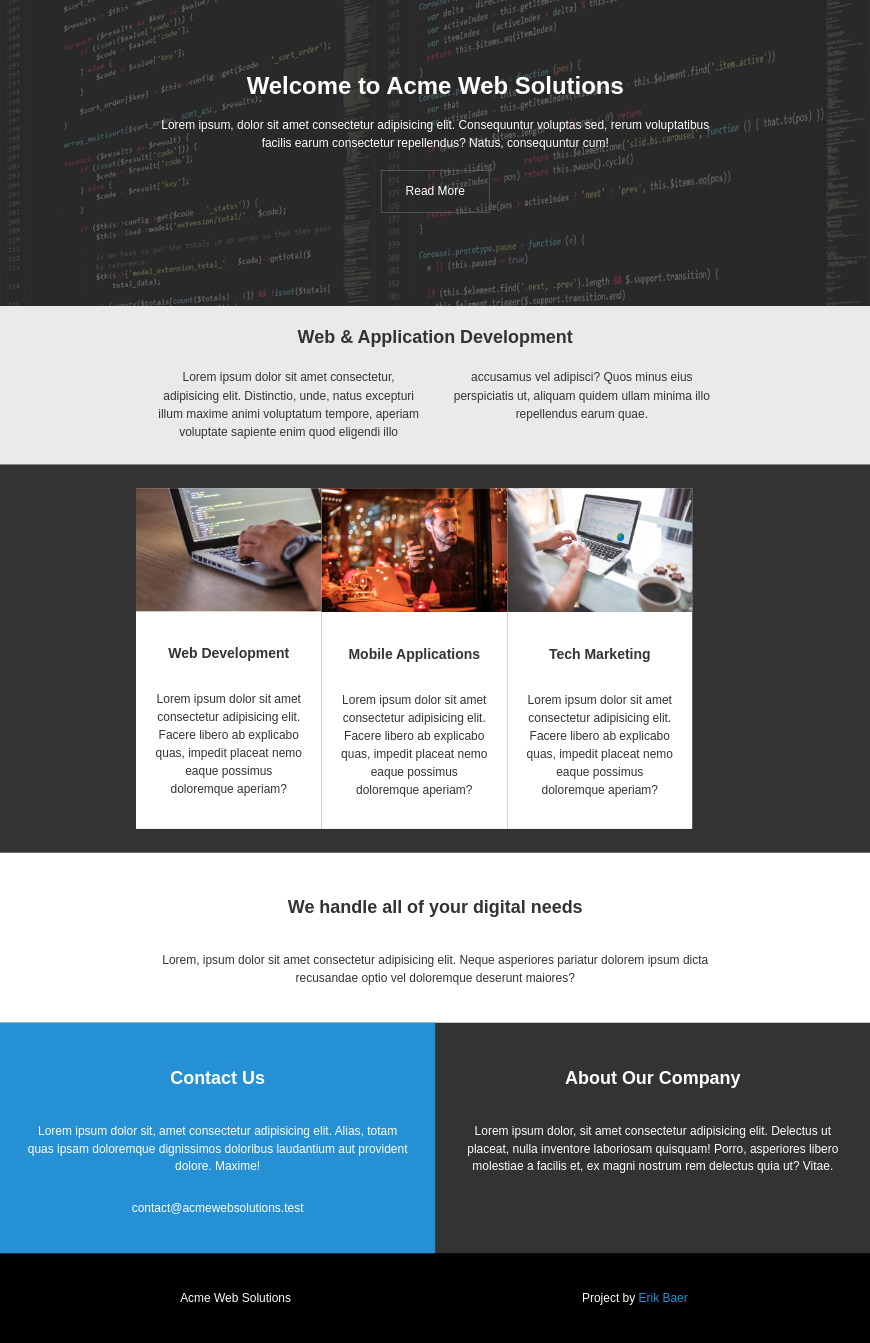
Repository: ErikBaer/MobileFirst
Page: index.html
These files come from the project's save history. The page is drawn as it stood at one moment and after the next save; the edit follows.
The browser window is 1280 px wide. The pictures show the whole page, at 68% of full size.

Above is the page before, as saved 2020-02-15 04:02:08.

After the next save:
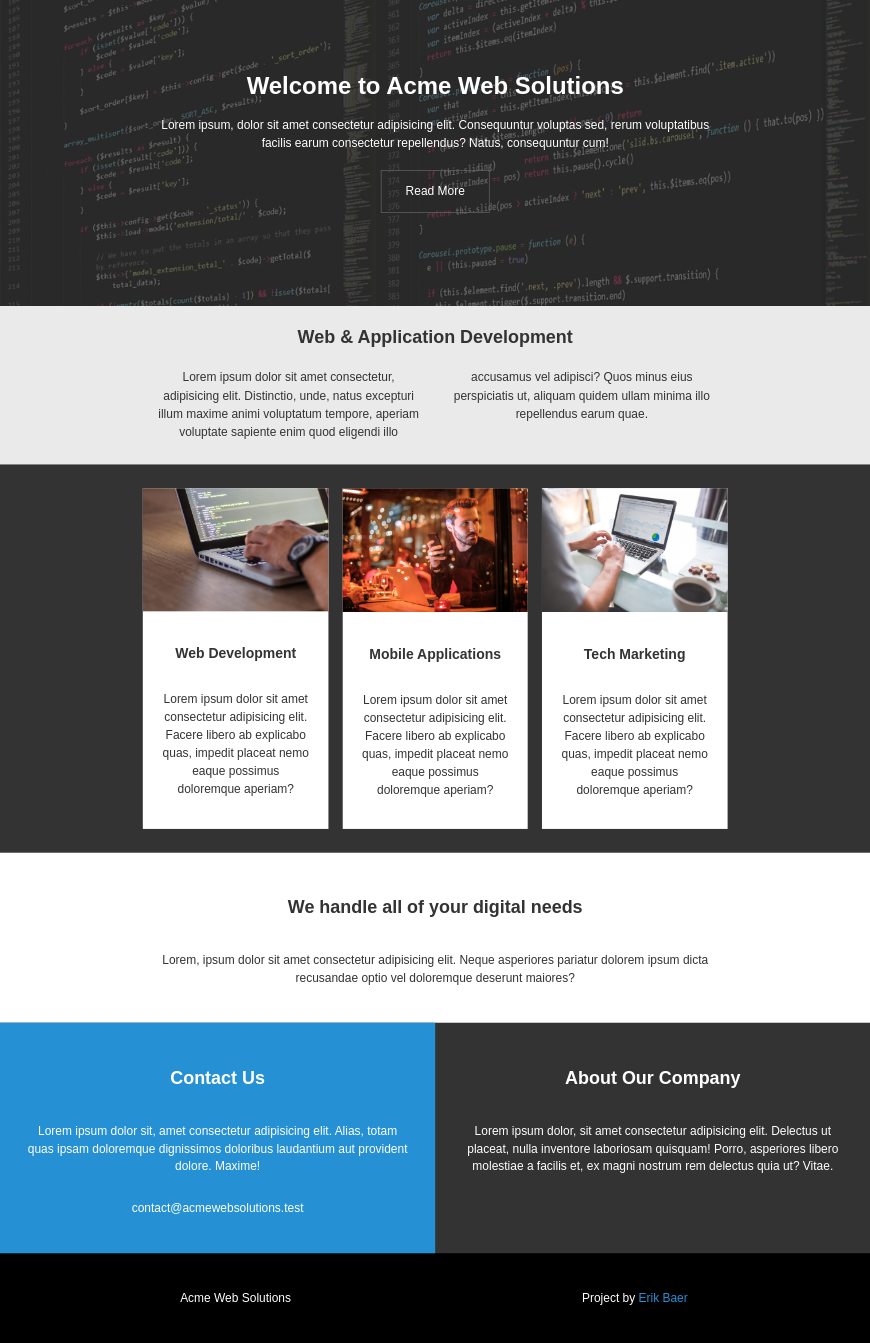
Saved 40 s later.
--- a/style.css
+++ b/style.css
@@ -163,6 +163,7 @@ p {
 
      #section-b ul {
          display:flex;
+         justify-content: space-around;
      }
 
      #section-b li {
